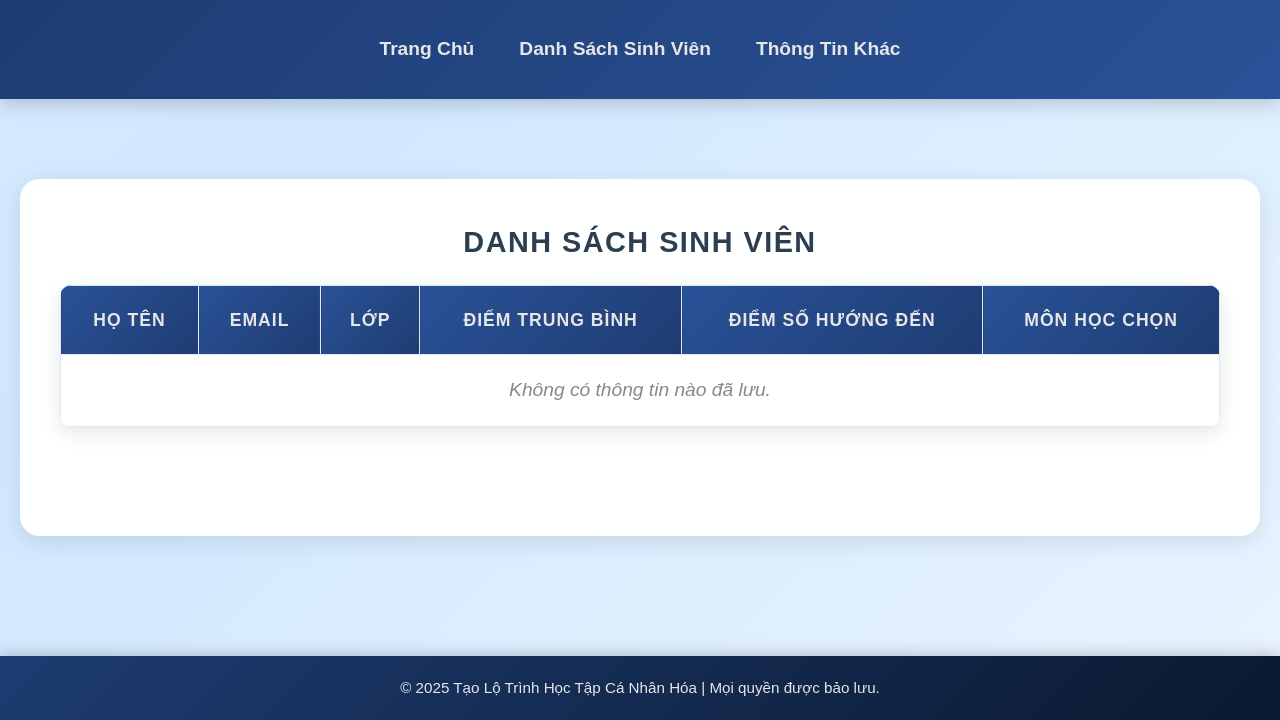
Repository: quankenda73/Prject_Final
Page: INDEX/save_info.html
An editor plug-in stored every save of this project. The page is shown before and after the next save, followed by the edit.
The browser window is 1280 px wide. The pictures show the whole page.

Above is the page before, as saved 2025-02-25 11:34:53.

### INDEX/save_info.html
<!DOCTYPE html>
<html lang="vi">
<head>
    <meta charset="UTF-8">
    <meta name="viewport" content="width=device-width, initial-scale=1.0">
    <title>Thông Tin Sinh Viên</title>
    <link rel="stylesheet" href="../CSS/input_test.css"> <!-- Thêm CSS nếu cần -->
    <style>
   /* CSS cho trang */
* {
    margin: 0;
    padding: 0;
    box-sizing: border-box;
    font-family: 'Arial', sans-serif;
}

/* Body */
body {
    display: flex;
    flex-direction: column;
    min-height: 100vh;
    background: linear-gradient(135deg, #e6f0fa, #d1e8ff, #f0f7ff);
    background-size: 200% 200%;
    animation: gradientBG 15s ease infinite;
    color: #2c3e50;
}

/* Hiệu ứng nền động */
@keyframes gradientBG {
    0% { background-position: 0% 50%; }
    50% { background-position: 100% 50%; }
    100% { background-position: 0% 50%; }
}

/* Header */
header {
    width: 100%;
    background: linear-gradient(135deg, #1e3c72, #2a5298);
    color: #e6e6e6;
    display: flex;
    align-items: center;
    justify-content: center; /* Căn giữa toàn bộ nội dung */
    padding: 1.5rem 20px; /* Giảm padding hai bên */
    box-shadow: 0 4px 20px rgba(0, 0, 0, 0.2);
    position: sticky;
    top: 0;
    z-index: 1000;
    gap: 15px; /* Khoảng cách cố định giữa các phần tử */
}

.logo {
    width: 60px;
    height: auto;
    transition: transform 0.3s ease;
}

.logo:hover {
    transform: scale(1.1);
}

.dashboard-item {
    text-align: center;
    font-weight: 600;
    font-size: 1.2rem;
    padding: 10px 15px; /* Giảm padding để gần nhau hơn */
    transition: color 0.3s ease, transform 0.3s ease;
    flex: 0 1 auto; /* Không chiếm hết không gian thừa */
}

.dashboard-item:hover {
    color: #ffd700;
    transform: translateY(-2px);
}

.login-icon {
    width: 35px;
    height: auto;
    cursor: pointer;
    transition: transform 0.3s ease;
}

.login-icon:hover {
    transform: scale(1.2);
}

/* Main */
main {
    flex: 1;
    padding: 40px 20px;
    width: 100%;
    max-width: 1400px;
    display: flex;
    justify-content: center;
}

section {
    width: 100%;
    background: rgba(255, 255, 255, 0.98);
    padding: 40px;
    border-radius: 20px;
    box-shadow: 0 6px 25px rgba(0, 0, 0, 0.1);
    transition: transform 0.3s ease, box-shadow 0.3s ease;
}

section:hover {
    transform: translateY(-5px);
    box-shadow: 0 10px 35px rgba(0, 0, 0, 0.15);
}

h2 {
    color: #1e3c72;
    font-size: 2.2rem;
    font-weight: 700;
    margin-bottom: 30px;
    text-align: center;
    text-transform: uppercase;
    letter-spacing: 1.5px;
}

/* Table */
table {
    width: 100%;
    border-collapse: collapse;
    margin: 20px 0;
    box-shadow: 0 6px 20px rgba(0, 0, 0, 0.1);
    border-radius: 12px;
    overflow: hidden;
    background: #fff;
}

th, td {
    border: 1px solid #e0e6ed;
    padding: 20px;
    text-align: center;
    font-size: 1.1rem;
    transition: background-color 0.3s ease;
}

th {
    background: linear-gradient(135deg, #2a5298, #1e3c72);
    color: #e6e6e6;
    font-weight: 700;
    text-transform: uppercase;
    letter-spacing: 1px;
}

td {
    color: #2c3e50;
}

tr:nth-child(even) {
    background-color: #f9fbfd;
}

tr:hover {
    background-color: #e6f0fa;
}

.no-data {
    text-align: center;
    font-style: italic;
    color: #888;
    padding: 20px;
    font-size: 1.2rem;
}

/* Footer */
footer {
    width: 100%;
    text-align: center;
    padding: 20px 0;
    background: linear-gradient(135deg, #1e3c72, #0a192f);
    color: #e6e6e6;
    box-shadow: 0 -2px 15px rgba(0, 0, 0, 0.2);
    font-size: 1rem;
    font-weight: 300;
}

/* Responsive Design */
@media (max-width: 768px) {
    header {
        padding: 1rem 15px;
        flex-wrap: wrap;
        justify-content: center;
        gap: 10px;
    }

    .logo {
        width: 50px;
    }

    .dashboard-item {
        font-size: 1rem;
        padding: 8px 12px;
    }

    .login-icon {
        width: 30px;
    }

    main {
        padding: 20px;
    }

    section {
        padding: 25px;
    }

    h2 {
        font-size: 1.8rem;
    }

    table {
        font-size: 1rem;
    }

    th, td {
        padding: 15px;
        min-width: 100px;
    }

    footer {
        padding: 15px 0;
        font-size: 0.9rem;
    }
}
    </style>
</head>
<body>

<header>

    <div class="dashboard-item">Trang Chủ</div>
    <div class="dashboard-item">Danh Sách Sinh Viên</div>
    <div class="dashboard-item">Thông Tin Khác</div>

</header>

<main>
    <section>
        <h2>Danh Sách Sinh Viên</h2>
        <table>
            <thead>
                <tr>
                    <th>Họ Tên</th>
                    <th>Email</th>
                    <th>Lớp</th>
                    <th>Điểm Trung Bình</th>
                    <th>Điểm Số Hướng Đến</th>
                    <th>Môn Học Chọn</th>
                </tr>
            </thead>
            <tbody id="student-list"></tbody>
        </table>
    </section>
</main>

<footer>
    <p>© 2025 Tạo Lộ Trình Học Tập Cá Nhân Hóa | Mọi quyền được bảo lưu.</p>
</footer>

<script>
    function displayStudents() {
        const students = JSON.parse(localStorage.getItem('students')) || [];
        const studentList = document.getElementById('student-list');

        if (students.length > 0) {
            students.forEach(student => {
                const row = document.createElement('tr');
                row.innerHTML = `
                    <td>${student.name}</td>
                    <td>${student.email}</td>
                    <td>${student.class}</td>
                    <td>${student.avgScore}</td>
                    <td>${student.targetScore}</td>
                    <td>${student.subject}</td>
                `;
                studentList.appendChild(row);
            });
        } else {
            studentList.innerHTML = '<tr><td colspan="6" class="no-data">Không có thông tin nào đã lưu.</td></tr>';
        }
    }

    // Gọi hàm để hiển thị thông tin khi trang được tải
    displayStudents();
</script>
</body>
</html>

### CSS/input_test.css
/* input_test.css */
* {
    margin: 0;
    padding: 0;
    box-sizing: border-box;
    font-family: 'Segoe UI', Arial, sans-serif;
}

/* Body */
body {
    background-color: #f5f6fa;
    color: #333;
    line-height: 1.6;
}

/* Header */
header {
    background: linear-gradient(135deg, #007bff, #0056b3);
    color: white;
    padding: 2rem 0;
    text-align: center;
}

.header-container {
    max-width: 1200px;
    margin: 0 auto;
    padding: 0 20px;
}

.header-container h1 {
    font-size: 2.5rem;
    margin-bottom: 0.5rem;
    animation: fadeInDown 1s ease;
}

.header-container p {
    font-size: 1.2rem;
    opacity: 0.9;
}

/* Navigation */
nav {
    background-color: #ffffff;
    padding: 1.2rem 0;
    box-shadow: 0 3px 15px rgba(0, 0, 0, 0.15);
    position: sticky;
    top: 0;
    z-index: 1000;
}

.nav-list {
    max-width: 1200px;
    margin: 0 auto;
    padding: 0 20px;
    list-style: none;
    display: flex;
    justify-content: center;
    gap: 25px;
}

.nav-list li a {
    color: #1a2e40;
    text-decoration: none;
    padding: 14px 30px;
    border-radius: 30px;
    transition: all 0.3s ease;
    font-weight: 600;
    font-size: 1.1rem;
    background: linear-gradient(135deg, #f0f4f8, #ffffff);
    box-shadow: 0 2px 5px rgba(0, 0, 0, 0.1);
}

.nav-list li a:hover,
.nav-list li a.active {
    background: linear-gradient(135deg, #007bff, #0056b3);
    color: white;
    transform: translateY(-3px);
    box-shadow: 0 5px 15px rgba(0, 123, 255, 0.4);
}

/* Main Content */
main {
    max-width: 800px;
    margin: 40px auto;
    padding: 0 20px;
}

section {
    background: white;
    padding: 30px;
    border-radius: 10px;
    box-shadow: 0 4px 15px rgba(0, 0, 0, 0.1);
    transition: transform 0.3s;
}

section:hover {
    transform: translateY(-5px);
}

section h2 {
    color: #2c3e50;
    font-size: 1.8rem;
    margin-bottom: 20px;
    text-align: center;
}

/* Form Styles */
#input-test-form {
    display: flex;
    flex-direction: column;
    gap: 20px;
}

.form-group {
    display: flex;
    flex-direction: column;
}

.form-group label {
    font-size: 1.1rem;
    color: #2c3e50;
    margin-bottom: 5px;
    font-weight: 500;
}

.form-group input,
.form-group select {
    padding: 12px 15px;
    font-size: 1rem;
    border: 2px solid #ccc; /* Viền đậm hơn, màu rõ hơn */
    border-radius: 8px;
    outline: none;
    transition: all 0.3s ease;
    opacity: 0.7; /* Hơi mờ khi không focus */
    background-color: #f9f9f9;
}

.form-group input:focus,
.form-group select:focus {
    opacity: 1; /* Rõ hơn khi focus */
    border: 2px solid #007bff; /* Viền đậm hơn khi focus */
    box-shadow: 0 0 5px rgba(0, 123, 255, 0.3);
    background-color: #fff;
}

.form-group input:invalid:focus {
    border: 2px solid #e74c3c; /* Viền đậm hơn khi lỗi */
    box-shadow: 0 0 5px rgba(231, 76, 60, 0.3);
}

.btn {
    padding: 12px 25px;
    background-color: #007bff;
    color: white;
    border: none;
    border-radius: 25px;
    font-size: 1.1rem;
    cursor: pointer;
    transition: all 0.3s;
    align-self: center;
}

.btn:hover {
    background-color: #0056b3;
    transform: translateY(-2px);
    box-shadow: 0 4px 10px rgba(0, 0, 0, 0.2);
}

/* Footer */
footer {
    background: #003d5b;
    color: white;
    text-align: center;
    padding: 20px 0;
    margin-top: 40px;
}

footer p {
    font-size: 0.95rem;
}

/* Animations */
@keyframes fadeInDown {
    from { opacity: 0; transform: translateY(-20px); }
    to { opacity: 1; transform: translateY(0); }
}

/* Responsive Design */
@media (max-width: 768px) {
    .header-container h1 {
        font-size: 1.8rem;
    }

    .header-container p {
        font-size: 1rem;
    }

    .nav-list {
        flex-direction: column;
        gap: 10px;
        padding: 10px 0;
    }

    .nav-list li a {
        padding: 12px 25px;
        font-size: 1rem;
    }

    section {
        padding: 20px;
    }

    .form-group input,
    .form-group select {
        font-size: 0.95rem;
    }

    .btn {
        padding: 10px 20px;
        font-size: 1rem;
    }
}

After the next save:
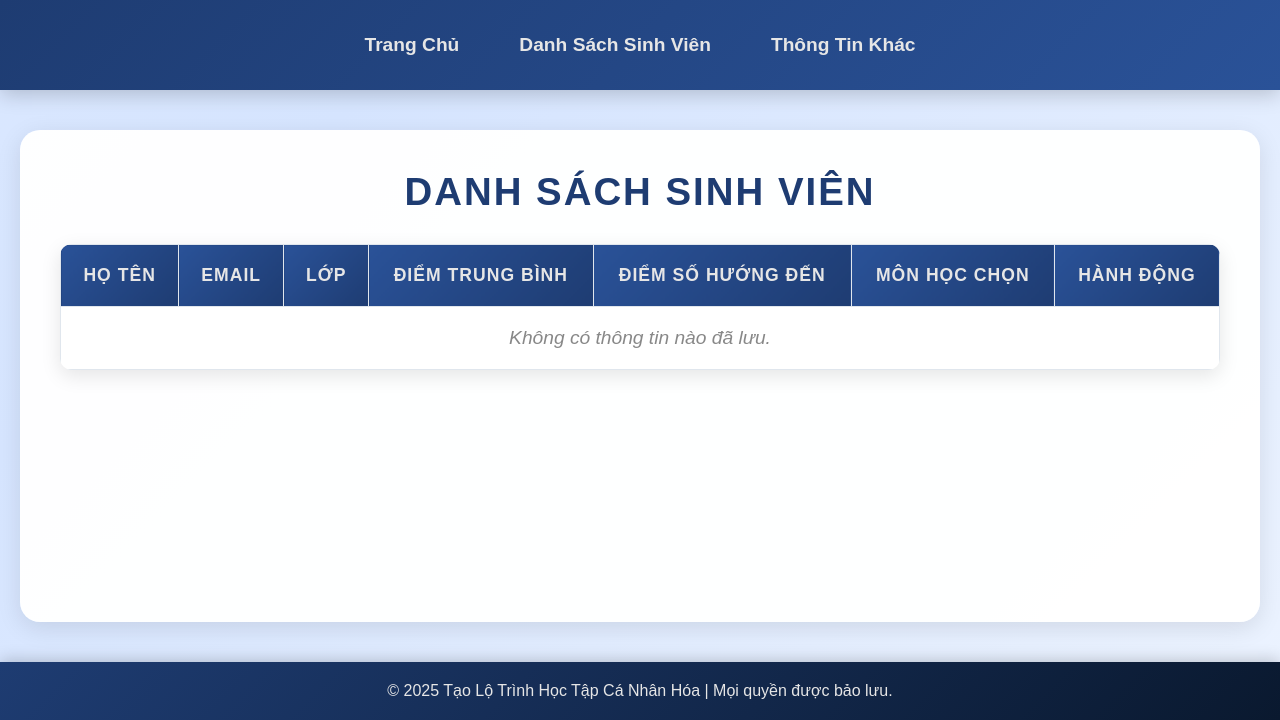
Saved 4 min 47 s later.
--- a/INDEX/save_info.html
+++ b/INDEX/save_info.html
@@ -4,9 +4,9 @@
     <meta charset="UTF-8">
     <meta name="viewport" content="width=device-width, initial-scale=1.0">
     <title>Thông Tin Sinh Viên</title>
-    <link rel="stylesheet" href="../CSS/input_test.css"> <!-- Thêm CSS nếu cần -->
+    <link rel="stylesheet" href="https://cdnjs.cloudflare.com/ajax/libs/font-awesome/6.0.0-beta3/css/all.min.css"> <!-- Font Awesome -->
     <style>
-   /* CSS cho trang */
+       /* CSS cho trang */
 * {
     margin: 0;
     padding: 0;
@@ -19,7 +19,7 @@ body {
     display: flex;
     flex-direction: column;
     min-height: 100vh;
-    background: linear-gradient(135deg, #e6f0fa, #d1e8ff, #f0f7ff);
+    background: linear-gradient(135deg, #e9f1ff, #d6e5ff, #f2f7ff); /* Gradient sáng hơn, tinh tế */
     background-size: 200% 200%;
     animation: gradientBG 15s ease infinite;
     color: #2c3e50;
@@ -39,48 +39,28 @@ header {
     color: #e6e6e6;
     display: flex;
     align-items: center;
-    justify-content: center; /* Căn giữa toàn bộ nội dung */
-    padding: 1.5rem 20px; /* Giảm padding hai bên */
+    justify-content: center;
+    padding: 1.5rem 20px;
     box-shadow: 0 4px 20px rgba(0, 0, 0, 0.2);
     position: sticky;
     top: 0;
     z-index: 1000;
-    gap: 15px; /* Khoảng cách cố định giữa các phần tử */
-}
-
-.logo {
-    width: 60px;
-    height: auto;
-    transition: transform 0.3s ease;
-}
-
-.logo:hover {
-    transform: scale(1.1);
-}
-
+    gap: 20px; /* Tăng nhẹ khoảng cách để cân đối */
+}
+
+/* Dashboard Items */
 .dashboard-item {
     text-align: center;
     font-weight: 600;
     font-size: 1.2rem;
-    padding: 10px 15px; /* Giảm padding để gần nhau hơn */
+    padding: 10px 20px; /* Điều chỉnh padding để cân đối */
     transition: color 0.3s ease, transform 0.3s ease;
-    flex: 0 1 auto; /* Không chiếm hết không gian thừa */
+    flex: 0 1 auto;
 }
 
 .dashboard-item:hover {
     color: #ffd700;
     transform: translateY(-2px);
-}
-
-.login-icon {
-    width: 35px;
-    height: auto;
-    cursor: pointer;
-    transition: transform 0.3s ease;
-}
-
-.login-icon:hover {
-    transform: scale(1.2);
 }
 
 /* Main */
@@ -109,12 +89,12 @@ section:hover {
 
 h2 {
     color: #1e3c72;
-    font-size: 2.2rem;
+    font-size: 2.4rem;
     font-weight: 700;
     margin-bottom: 30px;
     text-align: center;
     text-transform: uppercase;
-    letter-spacing: 1.5px;
+    letter-spacing: 2px;
 }
 
 /* Table */
@@ -162,6 +142,32 @@ tr:hover {
     color: #888;
     padding: 20px;
     font-size: 1.2rem;
+}
+
+/* Action Icons */
+.action-icon {
+    font-size: 1.2rem;
+    margin: 0 10px;
+    cursor: pointer;
+    transition: transform 0.3s ease, color 0.3s ease;
+}
+
+.edit-icon {
+    color: #ffd700; /* Vàng ánh kim cho chỉnh sửa */
+}
+
+.edit-icon:hover {
+    color: #f7b733;
+    transform: scale(1.2);
+}
+
+.delete-icon {
+    color: #e74c3c; /* Đỏ cho xóa */
+}
+
+.delete-icon:hover {
+    color: #c0392b;
+    transform: scale(1.2);
 }
 
 /* Footer */
@@ -185,19 +191,11 @@ footer {
         gap: 10px;
     }
 
-    .logo {
-        width: 50px;
-    }
-
     .dashboard-item {
         font-size: 1rem;
         padding: 8px 12px;
     }
 
-    .login-icon {
-        width: 30px;
-    }
-
     main {
         padding: 20px;
     }
@@ -219,21 +217,24 @@ footer {
         min-width: 100px;
     }
 
+    .action-icon {
+        font-size: 1rem;
+        margin: 0 5px;
+    }
+
     footer {
         padding: 15px 0;
         font-size: 0.9rem;
     }
-}
+} /* CSS được cải tiến ở phần dưới */
     </style>
 </head>
 <body>
 
 <header>
-
     <div class="dashboard-item">Trang Chủ</div>
     <div class="dashboard-item">Danh Sách Sinh Viên</div>
     <div class="dashboard-item">Thông Tin Khác</div>
-
 </header>
 
 <main>
@@ -248,6 +249,7 @@ footer {
                     <th>Điểm Trung Bình</th>
                     <th>Điểm Số Hướng Đến</th>
                     <th>Môn Học Chọn</th>
+                    <th>Hành động</th> <!-- Cột mới -->
                 </tr>
             </thead>
             <tbody id="student-list"></tbody>
@@ -265,7 +267,7 @@ footer {
         const studentList = document.getElementById('student-list');
 
         if (students.length > 0) {
-            students.forEach(student => {
+            students.forEach((student, index) => {
                 const row = document.createElement('tr');
                 row.innerHTML = `
                     <td>${student.name}</td>
@@ -274,11 +276,39 @@ footer {
                     <td>${student.avgScore}</td>
                     <td>${student.targetScore}</td>
                     <td>${student.subject}</td>
+                    <td>
+                        <i class="fas fa-edit action-icon edit-icon" onclick="editStudent(${index})" title="Chỉnh sửa"></i>
+                        <i class="fas fa-trash-alt action-icon delete-icon" onclick="deleteStudent(${index})" title="Xóa"></i>
+                    </td>
                 `;
                 studentList.appendChild(row);
             });
         } else {
-            studentList.innerHTML = '<tr><td colspan="6" class="no-data">Không có thông tin nào đã lưu.</td></tr>';
+            studentList.innerHTML = '<tr><td colspan="7" class="no-data">Không có thông tin nào đã lưu.</td></tr>';
+        }
+    }
+
+    function deleteStudent(index) {
+        let students = JSON.parse(localStorage.getItem('students')) || [];
+        students.splice(index, 1); // Xóa sinh viên tại vị trí index
+        localStorage.setItem('students', JSON.stringify(students));
+        displayStudents(); // Cập nhật lại bảng
+    }
+
+    function editStudent(index) {
+        let students = JSON.parse(localStorage.getItem('students')) || [];
+        const student = students[index];
+        const newName = prompt("Nhập họ tên mới:", student.name);
+        if (newName !== null) {
+            student.name = newName;
+            student.email = prompt("Nhập email mới:", student.email) || student.email;
+            student.class = prompt("Nhập lớp mới:", student.class) || student.class;
+            student.avgScore = prompt("Nhập điểm trung bình mới:", student.avgScore) || student.avgScore;
+            student.targetScore = prompt("Nhập điểm hướng đến mới:", student.targetScore) || student.targetScore;
+            student.subject = prompt("Nhập môn học mới:", student.subject) || student.subject;
+            students[index] = student;
+            localStorage.setItem('students', JSON.stringify(students));
+            displayStudents(); // Cập nhật lại bảng
         }
     }
 
